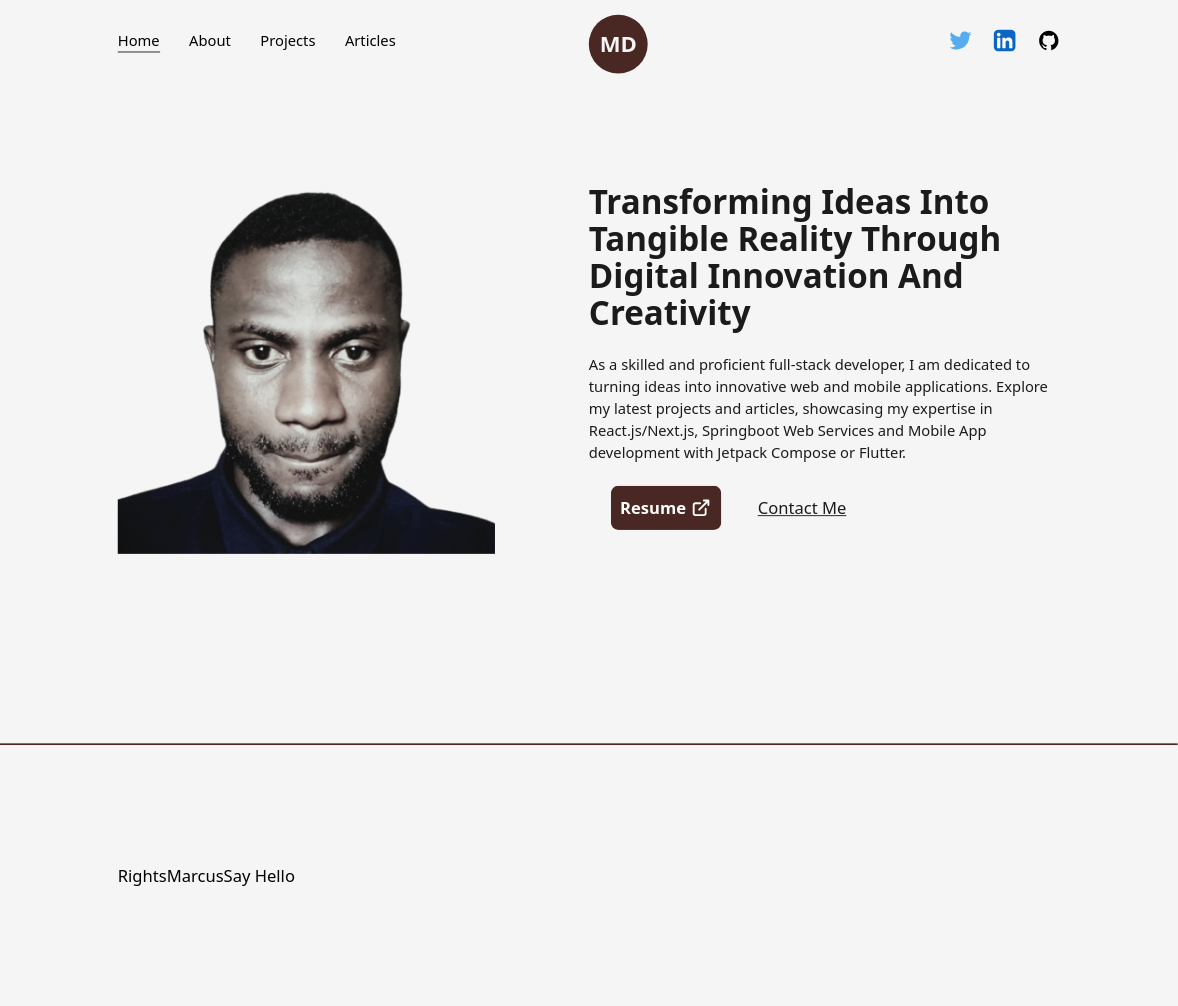
Repository: marcusdashe/situs
Page: /
An editor plug-in stored every save of this project. The page is shown before and after the next save, followed by the edit.
The browser window is 1280 px wide. The pictures show the whole page, at 92% of full size.
The project was rebuilt for these pictures with package versions that can differ from the ones it lists, and the page was loaded fresh each time. The framework's server and built-in components were replaced by stand-ins that run in the browser.

Above is the page before, as saved 2023-06-15 19:06:53.

### src/pages/_app.js
import Footer from "@/components/Footer";
import Navbar from "@/components/Navbar";
import "@/styles/globals.css";
import Head from "next/head";
// import { IBM_Plex_Sans } from "next/font/google";

// const ibm = IBM_Plex_Sans({
//   subsets: ["latin"],
//   variable: "--font-mont",
// });

export default function App({ Component, pageProps }) {
  return (
    <>
      <Head>
        <meta name="viewport" content="width=device-width, initial-scale=1" />
        <link rel="icon" href="/favicon.ico" />
      </Head>
      <main className={`  bg-light w-full min-h-screen`}>
        <Navbar />
        <Component {...pageProps} />
        <Footer />
      </main>
    </>
  );
}

### src/components/Footer.jsx
import React from "react";
import Layout from "./Layout";
import Link from "next/link";

const Footer = () => {
  return (
    <footer className="w-full border-t-2 border-solid border-primaryDark font-medium text-lg ">
      <Layout>
        <span>Rights</span>
        <Link href="/">Marcus</Link>
        <Link href="/">Say Hello</Link>
      </Layout>
    </footer>
  );
};

export default Footer;

### src/components/Navbar.jsx
import React from "react";
import { useRouter } from "next/router";
import Link from "next/link";
import Logo from "./Logo";
import { TwitterIcon, GithubIcon, LinkedInIcon } from "./Icons";
import { motion } from "framer-motion";

const CustomLink = ({ href, title, className = "" }) => {
  const router = useRouter();

  return (
    <Link href={href} className={`${className} relative group`}>
      {title}
      <span
        className={`h-[1px] inline-block bg-dark absolute left-0 -bottom-0.5 group-hover:w-full transition-[width] ease duration-300 ${
          router.asPath === href ? "w-full" : "w-0"
        }`}
      >
        &nbsp;
      </span>
    </Link>
  );
};

const Navbar = () => {
  return (
    <header
      className="w-full px-32 py-8 font-medium
            flex items-center justify-between"
    >
      <nav>
        <CustomLink href="/" title="Home" className="mr-4" />
        <CustomLink href="/about" title="About" className="mx-4" />
        <CustomLink href="/projects" title="Projects" className="mx-4" />
        <CustomLink href="/articles" title="Articles" className="ml-4" />
      </nav>

      <nav className="flex items-center justify-center flex-wrap">
        <motion.a
          href="https://www.twitter.com/marcusdashe"
          target={"_blank"}
          whileHover={{
            y: -2,
          }}
          whileTap={{ scale: 0.9 }}
          className="w-6 mx-3"
        >
          <TwitterIcon className="" />
        </motion.a>
        <motion.a
          href="https://www.linkedin.com/in/marcus-dashe-15a088202"
          target={"_blank"}
          whileHover={{
            y: -2,
          }}
          whileTap={{ scale: 0.9 }}
          className="w-6 mx-3"
        >
          <LinkedInIcon />
        </motion.a>
        <motion.a
          href="https://www.github.com/marcusdashe"
          target={"_blank"}
          whileHover={{
            y: -2,
          }}
          whileTap={{ scale: 0.9 }}
          className="w-6 ml-3"
        >
          <GithubIcon />
        </motion.a>
      </nav>
      <div className="absolute left-[50%] top-2 translate-x-[-50]">
        <Logo />
      </div>
    </header>
  );
};

export default Navbar;

### src/styles/globals.css
@import url("https://fonts.googleapis.com/css2?family=IBM+Plex+Sans:ital,wght@0,100;0,200;0,300;1,100;1,200&family=Inter:wght@300;400;500;600;700;800;900&display=swap");

@tailwind base;
@tailwind components;
@tailwind utilities;

### src/components/Layout.jsx
import React from "react";

const Layout = ({ children, className = "" }) => {
  return (
    <div className={`${className} w-full inline-block z-0 bg-light p-32`}>
      {children}
    </div>
  );
};

export default Layout;

### src/components/AnimatedText.jsx
import React from "react";
import { motion } from "framer-motion";

const quote = {
  initial: {
    opacity: 1,
  },
  animate: {
    opacity: 1,
    transition: {
      delay: 0.5,
      staggerChildren: 0.08,
    },
  },
};

const singleWord = {
  initial: {
    opacity: 0,
    y: 50,
  },
  animate: {
    opacity: 1,
    y: 0,
    transition: {
      duration: 1,
    },
  },
};

const AnimatedText = ({ text, className = "" }) => {
  return (
    <div className="w-full mx-auto py-2 flex items-center justify-center text-center overflow-hidden ">
      <motion.h1
        className={`inline-block w-full text-dark font-bold capitalize text-4xl ${className}`}
        variants={quote}
        initial="initial"
        animate="animate"
      >
        {text.split(" ").map((word, index) => (
          <motion.span
            key={index}
            className="inline-block"
            variants={singleWord}
          >
            {word}&nbsp;
          </motion.span>
        ))}
      </motion.h1>
    </div>
  );
};

export default AnimatedText;

### src/components/Logo.jsx
"use client";

import React from "react";
import Link from "next/link";
import { motion } from "framer-motion";

const MotionLink = motion(Link);

const Logo = () => {
  return (
    <div className="flex items-center justify-center mt-2">
      <MotionLink
        href="/"
        className="w-16 h-16 bg-primaryDark text-light flex items-center
        justify-center rounded-full text-2xl font-bold hover
      "
        whileHover={{
          scale: 1.5,
          backgroundColor: [
            "#121212",
            "rgba(131,58,180,1)",
            "rgba(253,29,29,1)",
            "rgba(252,176,69,1)",
            "rgba(131,58,180,1)",
            "#121212",
          ],
          transition: {
            duration: 1,
            repeat: Infinity,
          },
        }}
      >
        MD
      </MotionLink>
    </div>
  );
};

export default Logo;

Loaded but not shown: src/pages/index.js (65 lines, source omitted); tailwind.config.js (27 lines, source omitted); src/components/Icons.jsx (463 lines, source omitted)

After the next save:
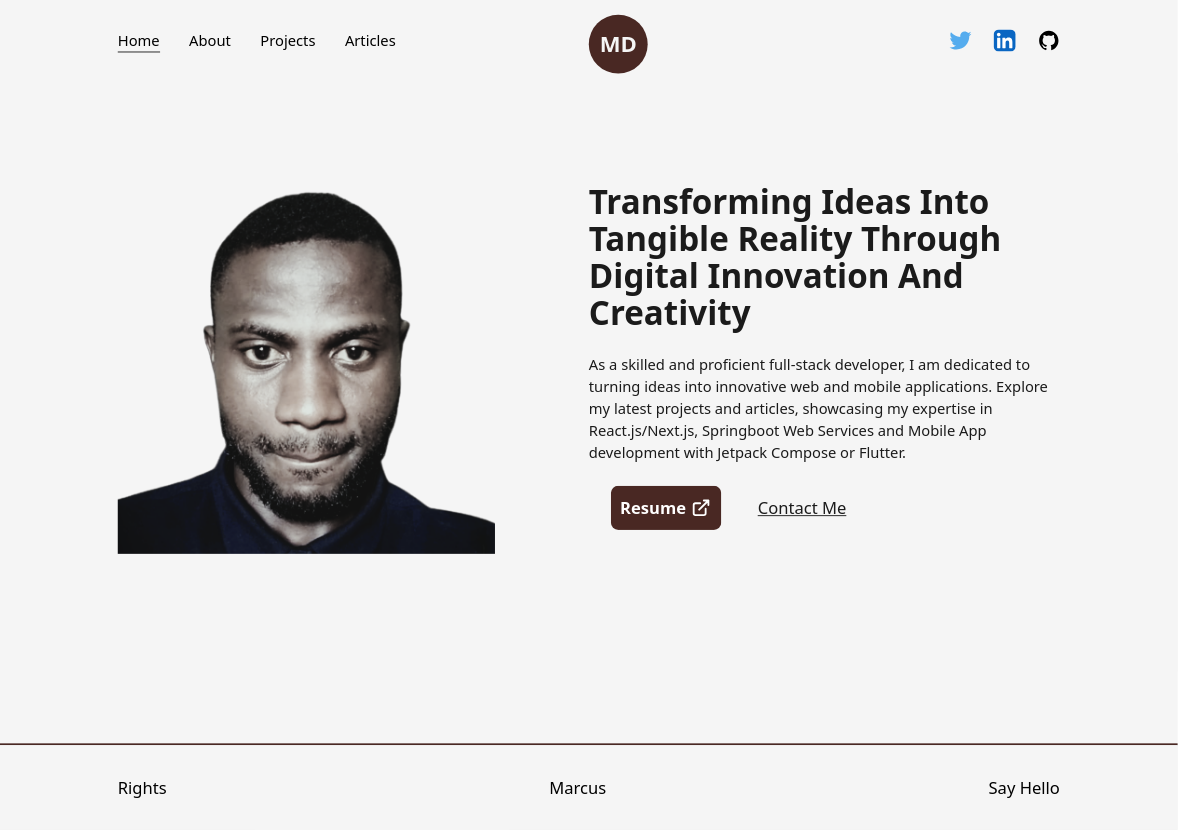
Saved 43 s later.
--- a/src/components/Footer.jsx
+++ b/src/components/Footer.jsx
@@ -5,7 +5,7 @@ import Link from "next/link";
 const Footer = () => {
   return (
     <footer className="w-full border-t-2 border-solid border-primaryDark font-medium text-lg ">
-      <Layout>
+      <Layout className="py-8 flex items-center justify-between">
         <span>Rights</span>
         <Link href="/">Marcus</Link>
         <Link href="/">Say Hello</Link>
